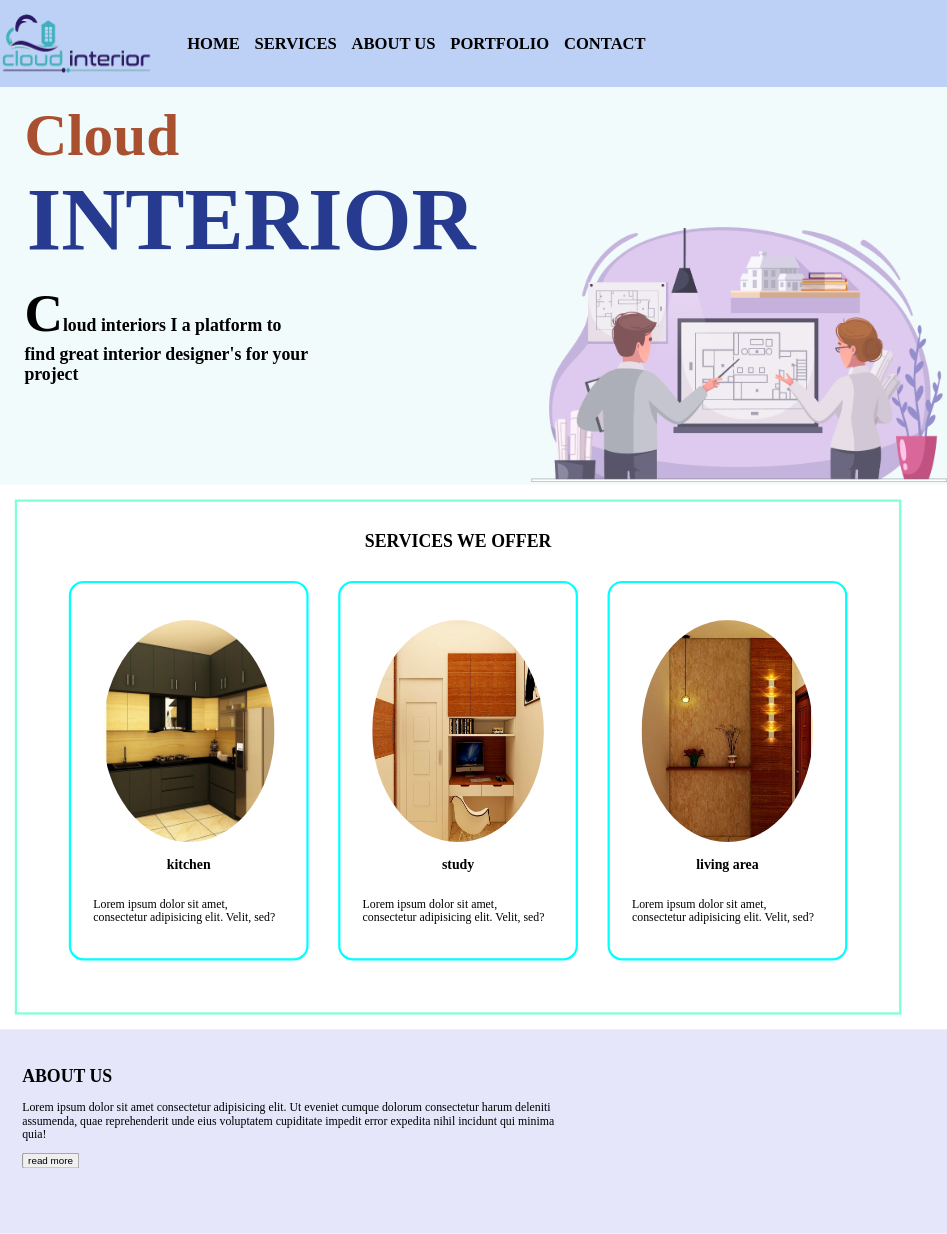
Repository: Ganavid/ganavidgowda.github.io
Page: cloud interior/‌index.html
These files come from the project's save history. The page is drawn as it stood at one moment and after the next save; the edit follows.
The browser window is 1280 px wide. The pictures show the whole page, at 74% of full size.

Above is the page before, as saved 2023-03-04 01:37:37.

### cloud interior/‌index.html
<!DOCTYPE html>
<html lang="en">

<head>
    <meta charset="UTF-8">
    <meta http-equiv="X-UA-Compatible" content="IE=edge">
    <meta name="viewport" content="width=device-width, initial-scale=1.0">
    <link rel="stylesheet" href="interial.css">
    <title>cloud</title>
</head>

<body>
    <nav id="navbar">
        <div id="logocnt">
            <img id="logo" src="Layer 2.png" alt="the company" width="100px" height="50px">

        </div>
        <ul id="contents">
            <li class="item">
                <a href="interial.html">HOME</a>
            </li>
            <li class="item">
                <a href="#SERVICES">SERVICES</a>
            </li>
            <li class="item">
                <a href="about.html">ABOUT US</a>
            </li>
            <li class="item">
                <a href="gallery.html">PORTFOLIO</a>
            </li>
            <li class="item">
                <a href="register.html">CONTACT</a>
            </li>
        </ul>
    </nav>
    <div id="content2">
        <div id="subcontent">
            <h1>Cloud <br><span>Interior</span> </h1>
            <p><span>C</span>loud interiors I a platform
                to find great interior designer's
                for your project
            </p>
        </div>

        <div id="subcntimg">
            <img src="Group 1.png" alt=" studio" id="starter">
        </div>
    </div>

    <div id="ser">
        <h2 style="text-align: center;">SERVICES WE OFFER</h2>
        <div id="services">

            <div id="items">
                <img id="img1" src="ki1.jpeg" width="200px" height="300px" alt="kitchen">
                <h3>kitchen</h3>
                <p>Lorem ipsum dolor sit
                    amet, consectetur adipisicing
                    elit. Velit, sed?
                </p>
            </div>
            <div id="items">
                <img id="img1" src="stu1.jpeg" width="200px" height="300px" alt="">
                <h3>study</h3>
                <p>Lorem ipsum dolor sit
                    amet, consectetur adipisicing
                    elit. Velit, sed?
                </p>
            </div>
            <div id="items">
                <img id="img1" src="h2.jpeg" width="200px" height="300px" alt="bathroom">
                <h3>living area</h3>
                <p>Lorem ipsum dolor sit
                    amet, consectetur adipisicing
                    elit. Velit, sed?
                </p>
            </div>
        </div>

    </div>
    <div id="about">
        <h2>ABOUT US</h2>
        <p id="abtcon">Lorem ipsum dolor sit amet consectetur adipisicing elit. Ut eveniet cumque dolorum consectetur
            harum deleniti assumenda, quae reprehenderit unde eius voluptatem cupiditate impedit error expedita nihil
            incidunt qui minima quia!</p>
        <button id="button">read more</button>
    </div>

</body>

</html>

### cloud interior/interial.css
body{
    margin: 0px;
    padding: 0px;
    border: 0px;
}


nav{
    display: flex;
    justify-content: left;
    background-color: #BDD0F5;
    padding: 3px;
    align-items: center;
    position: fixed;
    width: 100vw;
    min
    max-height: 9vh;
}

#logocnt{
    display: flex;
    flex-direction: row;
    margin:8px 0px 8px 0px;
}

#logo{
    height: 80px;
    width: 200px;
    margin:8px 0px 8px 0px;
}

#contents{
    display: flex;
    flex-direction: row;
    list-style: none;

}
#contents li{
    display: flex;
    flex-direction: row;
    list-style: none;
    margin: 0px 10px 0px 10px;

}


#contents li a{
    text-decoration: none;
    margin: 0xp 10px 0px 10px;
    color:white;
    font-family: ebrima;
    font-weight: bold;
    font-size: 140%;
    color: black;
}

#content2 {
    display: flex;
    flex-direction:row;
    margin: 0px;
    padding: 0px;
    justify-content:space-between;
    height: 91vh;
    background-color: #3abccb11;
}


#subcontent{
    display: flex;
    flex-direction: column;
    width: 50%;
    align-items: normal;
    justify-content: center;
    margin: 3px;
    padding: 5px;
}

#subcontent h1 {
    color: #A8502F;
    font-size: 500%;
    font-family: Arial Rounded MT;
    font-weight: bold;
    margin: 3px;
    padding: 5px;
    margin-left: 20px;
}

#subcontent h1 span{
    color: #263B8F;
    font-size: 150%;
    margin: 3px;
    text-transform: uppercase;
}

#subcontent p{
    max-width: 60%;
    font-size: 150%;
    font-family: Ebrima;
    font-weight: bold;
    margin: 3px;
    padding: 5px;
    margin-left: 20px;
}

#subcontent p span{
    font-size: 300%;
}



#subcntimg{
    display: flex;
    flex-direction: row;
    align-self: flex-end;
    justify-content: flex-end;
    width: 50%;
    height: 100%;
}

#starter{
    align-self: flex-end;
    width: 90%;
    margin-bottom: 4px;

}

img{
    margin-top: 20px;
    width: 400px;
    align-items: center;
}
#ser{
    border: solid aquamarine;
    margin: 20px;
    padding: 20px;
    width: 90%;
    justify-content: space-around;

}
#services{
    display: flex;
    flex-direction: row;
    overflow:hidden;
    padding: 30px;
    padding-top: 0;

}
#items{display: flex;
    flex-direction: column;
    overflow:hidden;
    padding: 30px;
    border: solid aqua;
    align-content: space-around;
    margin: 20px;
    align-items: center;
    border-radius: 20px;


}
#about{
background-color: lavender;
justify-content: center;
height: 30vh;
padding: 30px;
}
#img1{
    border-radius: 50%;
    width:90%;

}
#abtcon{
    width: 60%;
}

After the next save:
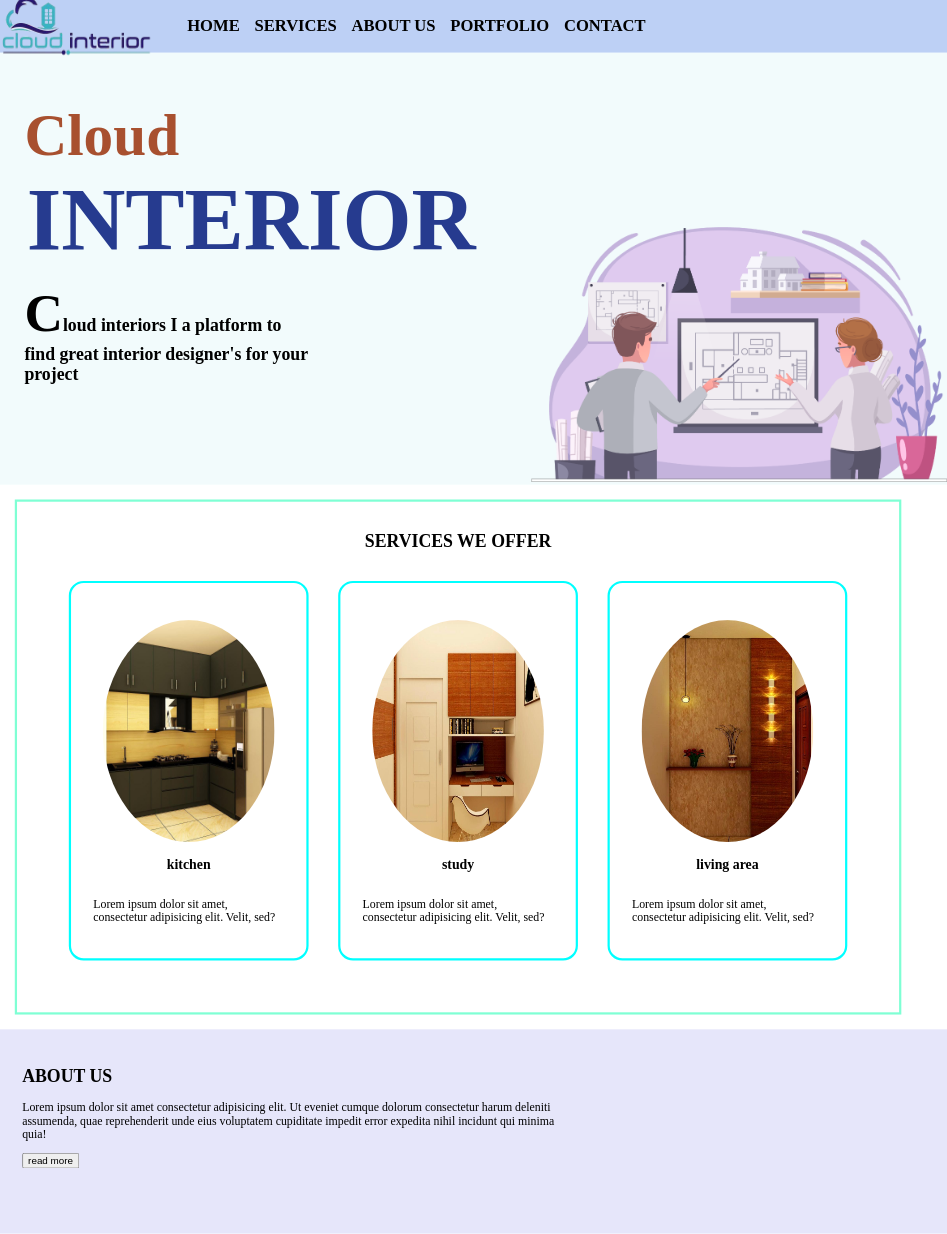
Saved 4 s later.
--- a/cloud interior/interial.css
+++ b/cloud interior/interial.css
@@ -13,7 +13,7 @@
     align-items: center;
     position: fixed;
     width: 100vw;
-    min
+    min-height: ;
     max-height: 9vh;
 }
 

After the save that followed:
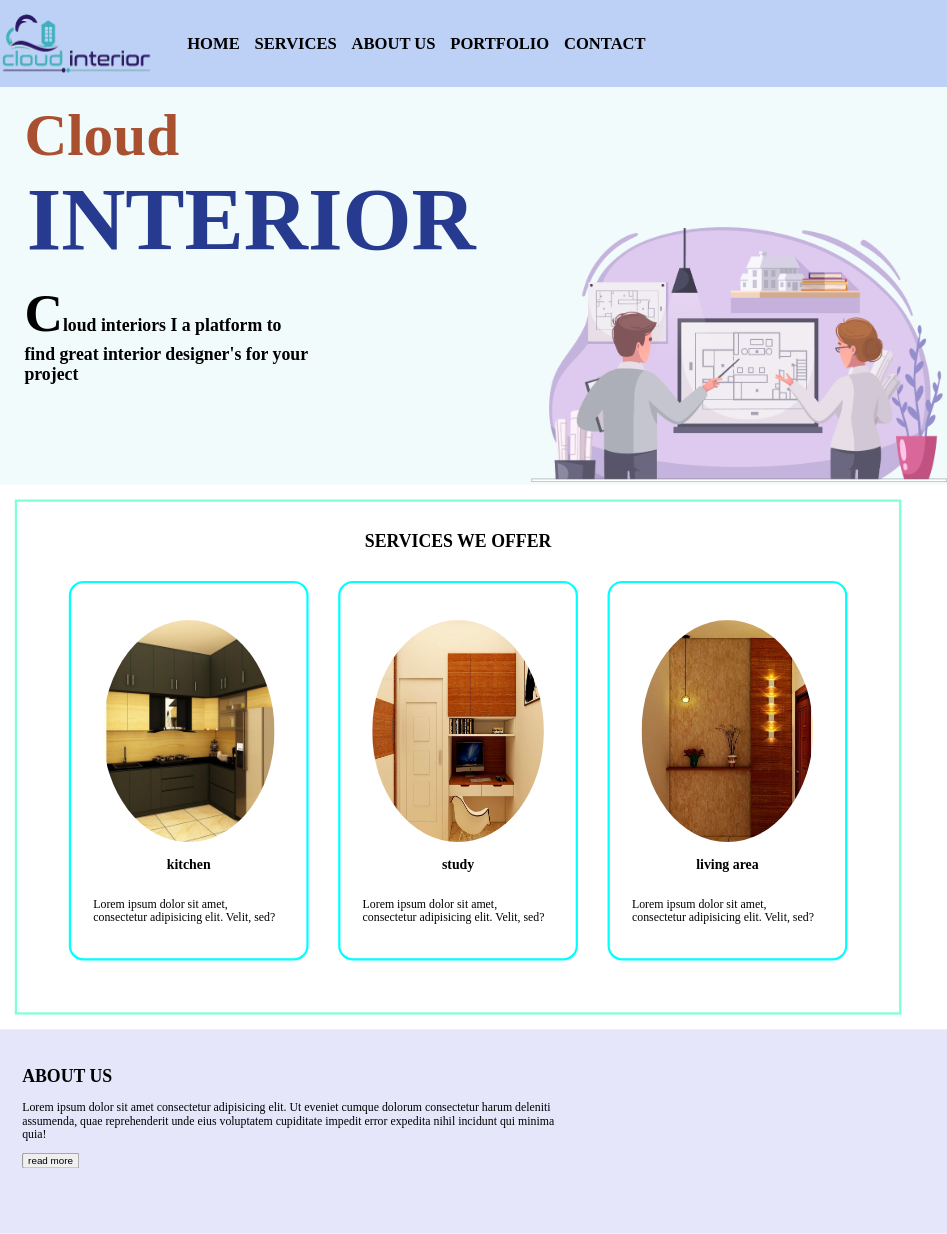
Saved 12 s later.
--- a/cloud interior/interial.css
+++ b/cloud interior/interial.css
@@ -13,7 +13,7 @@
     align-items: center;
     position: fixed;
     width: 100vw;
-    min-height: ;
+    min-height: max-content;
     max-height: 9vh;
 }
 
